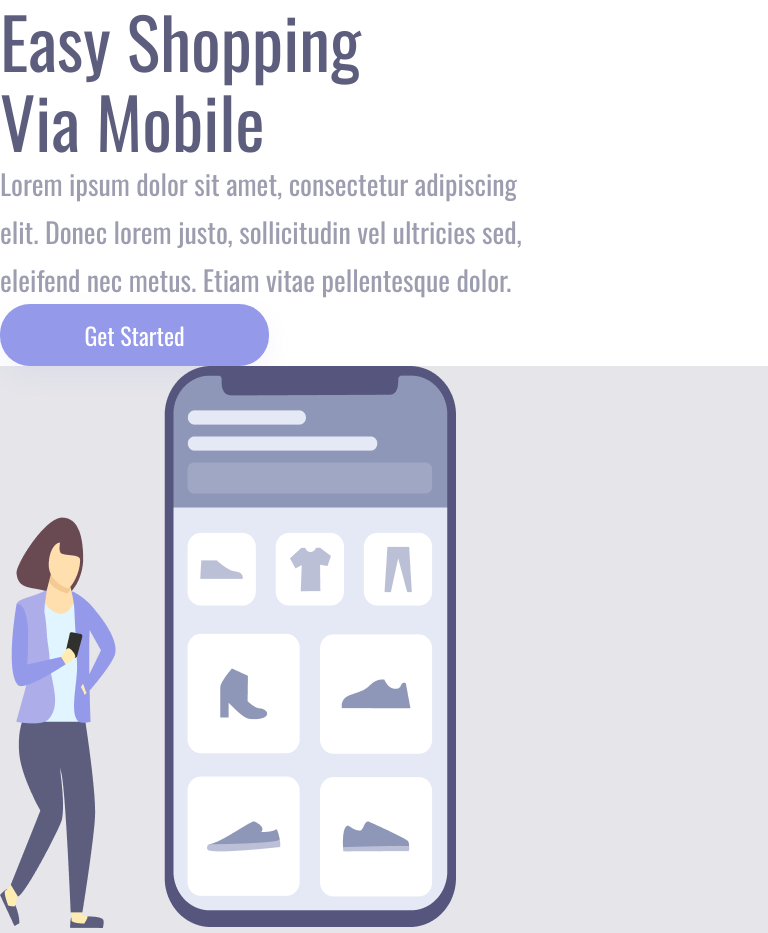
Repository: Leo-Marques-882/Projeto-Git-2
Page: index.html
The author's editor kept a copy of each file at every save. The page is drawn from the files as they stood at one save, then again after the next save.
The browser window is 768 px wide. The pictures show the whole page.

Above is the page before, as saved 2023-03-07 01:10:58.

### index.html
<!DOCTYPE html>
<html lang="pt_br">

<head>
    <meta charset="UTF-8">
    <meta http-equiv="X-UA-Compatible" content="IE=edge">
    <meta name="viewport" content="width=device-width, initial-scale=1.0">
    <link rel="stylesheet" href="styless.css">
    <link rel="preconnect" href="https://fonts.googleapis.com">
    <link rel="preconnect" href="https://fonts.gstatic.com" crossorigin>
    <link href="https://fonts.googleapis.com/css2?family=Oswald&display=swap" rel="stylesheet">

    <title>Projeto 1</title>
</head>

<body>
    <div class="wrapper">
        <section class="container-left">
            <h1>Easy Shopping Via Mobile</h1>
            <p>Lorem ipsum dolor sit amet, consectetur adipiscing
                elit. Donec lorem justo, sollicitudin vel ultricies sed,
                eleifend nec metus. Etiam vitae pellentesque dolor. </p>
            <button>Get Started</button>
        </section>
        <section class="container-right">
            <header>
                <a>Home</a>
                <a>Work</a>
                <a>About</a>
                <a>Contact</a>
            </header>
            <img src="./img/Illustration.png" alt="girl-cellphone">
        </section>
    </div>
</body>

</html>

### styless.css
* {
    margin: 0;
    padding: 0;
    box-sizing: border-box;
    font-family: 'Oswald', sans-serif;
}

.wapper {
    height: 100vh;
    width: 100%;
}

.container-left {
    display: inline-block;
    width: 60%;
    margin-top: 28%;
    padding-left: 75px;
    padding-right: 82px;
}

h1 {
    font-weight: 400;
    font-size: 70px;
    line-height: 80px;
    color: #5D5D7D;
    width: 368px;
}

p {
    font-weight: 400;
    font-size: 28px;
    line-height: 48px;
    color: #5D5D7D;
    opacity: 0.6;
    margin: 15px -117;
    width: 540px;
}

button {
    width: 269px;
    height: 62px;
    background: #9499EA;
    box-shadow: 0px 10px 24px rgba(148, 153, 234, 0.0979959);
    font-weight: 400;
    font-size: 24px;
    line-height: 36px;
    text-align: center;
    color: #FFFFFF;
    border-radius: 30px;
    border: none;
    cursor: pointer;
}

button:hover {
    opacity: .8;
}

button:active {
    opacity: .5;
}

.container-right {
    display: inline-block;
    background-color: rgba(93, 93, 125, 0.16);
    height: 130vh;
    width: 40%;
    position: absolute;
}

a {
    width: 59px;
    font-weight: 400px;
    font-size: 28px;
    line-height: 41px;
    color: #5D5D7D;
    margin-right: 41px;
    cursor: pointer;
}

a:nth-child(2) {
    opacity: 0.4;
}

a:hover {
    opacity: .4;
}

a:active {
    opacity: .8;
}

img {
    position: relative;
    top: 16%;
    right: 130px;
}

header {
    margin: 27px 0 0 57px;
}

@media screen and (max-width: 900px) {
    .container-left {
        width: 100%;
        height: 50%;
        padding: 0;
        margin: 0;
    }

    .container-right {
        display: block;
        height: auto;
        width: 100%;
        position: static;
    }

    img {
        position: static;
    }

    header {
        display: none;
    }


}

After the next save:
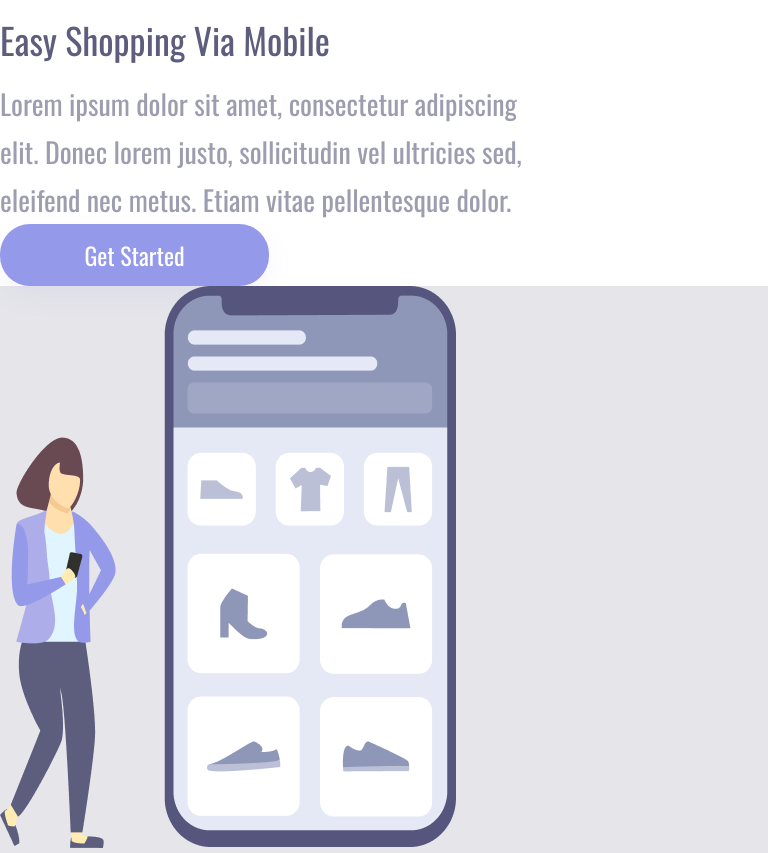
Saved 2 min 16 s later.
--- a/styless.css
+++ b/styless.css
@@ -122,5 +122,10 @@
         display: none;
     }
 
+    h1 {
+        font-weight: 400;
+        font-size: 36px;
+    }
+
 
 }
